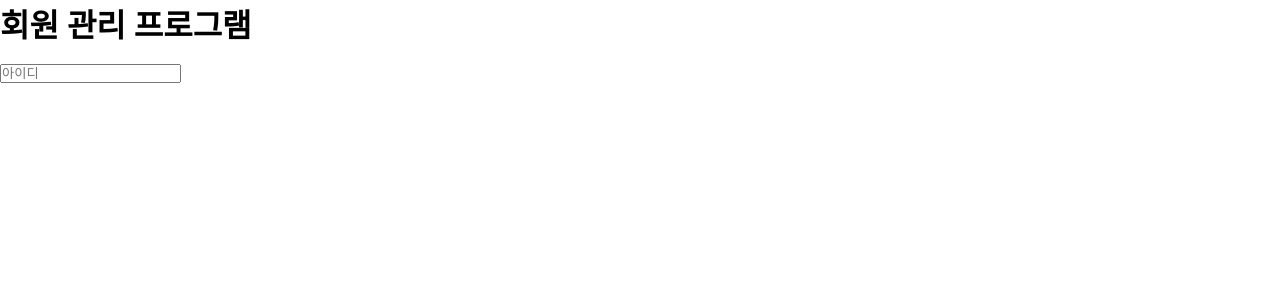
Repository: soeun1365/ServerProgram1
Page: http://localhost/ServerProgram1/login.jsp
An editor plug-in stored every save of this project. The page is shown before and after the next save, followed by the edit.
The browser window is 1280 px wide. The pictures show the whole page.
The page is served by Tomcat 9. Other server files are loaded and not shown.

Above is the page before, as saved 2021-06-14 06:27:28.

### ServerProgram1/WebContent/login.jsp
<%@ page language="java" contentType="text/html; charset=UTF-8"
    pageEncoding="UTF-8"%>
<!DOCTYPE html>
<html>
<head>
	<meta charset="UTF-8">
	<title>login</title>
	<style>
		*{
			padding: 0;
			margin: 0 auto;
		}
	</style>
</head>
<body>
	<h1>회원 관리 프로그램</h1>
	<br>
	<form>
		<input type="text" placeholder="아이디">

	</form>
</body>
</html>

After the next save:
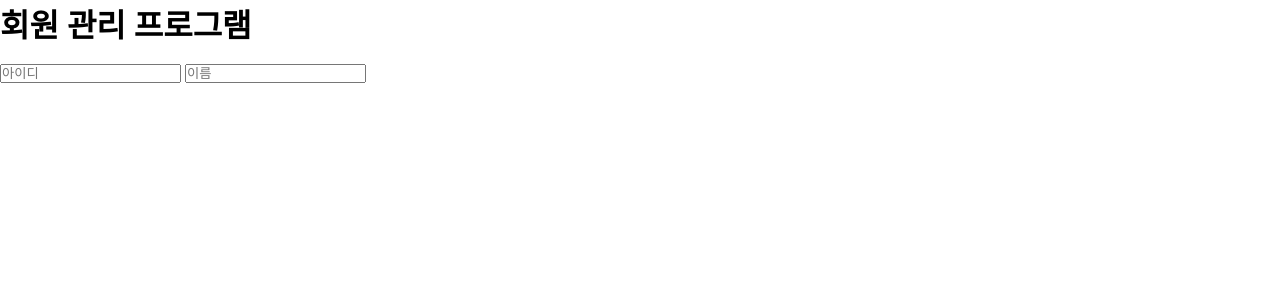
Saved 10 s later.
--- a/ServerProgram1/WebContent/login.jsp
+++ b/ServerProgram1/WebContent/login.jsp
@@ -17,7 +17,7 @@
 	<br>
 	<form>
 		<input type="text" placeholder="아이디">
-
+		<input type="text" placeholder="이름">
 	</form>
 </body>
 </html>
